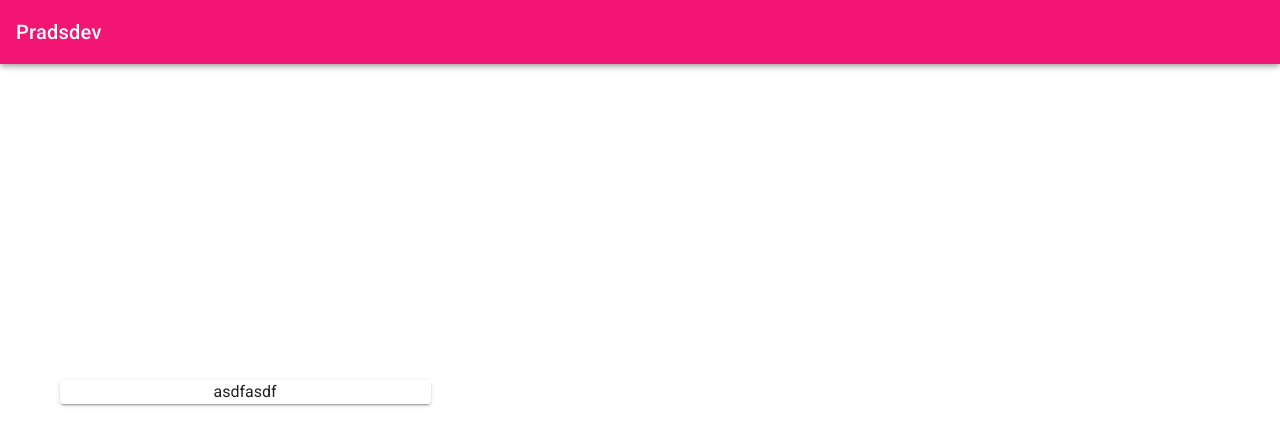
Repository: pradsdev/vue-form-validate
Page: /
The author's editor kept a copy of each file at every save. The page is drawn from the files as they stood at one save, then again after the next save.
The browser window is 1280 px wide. The pictures show the whole page.
The project was rebuilt for these pictures with package versions that can differ from the ones it lists, and the page was loaded fresh each time. Also part of the build but not shown: vue.config.js.

Above is the page before, as saved 2020-12-21 22:45:58.

After the next save:
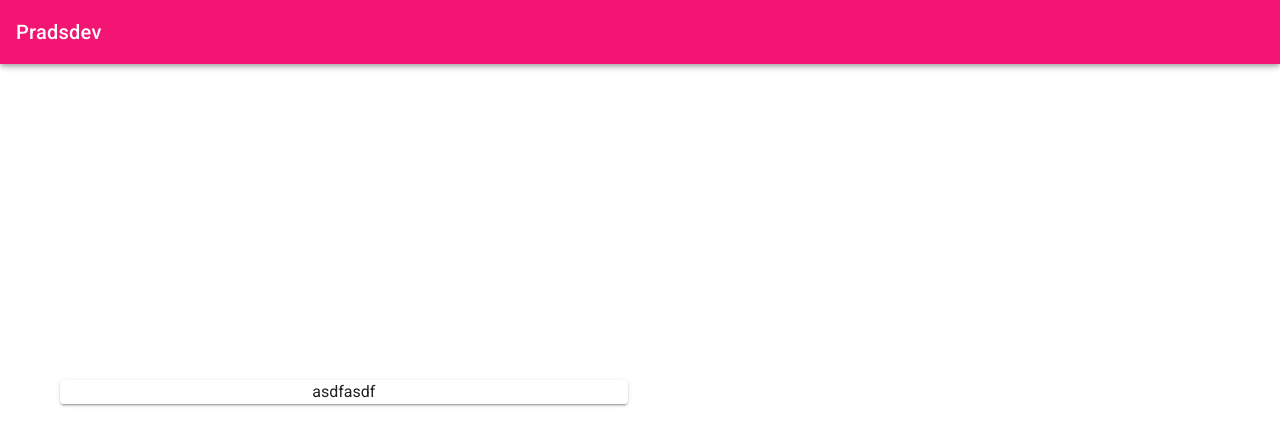
Saved 6 s later.
--- a/src/components/HelloWorld.vue
+++ b/src/components/HelloWorld.vue
@@ -1,7 +1,7 @@
 <template>
   <v-container fill-height>
     <v-row class="text-center">
-      <v-col cols="4">
+      <v-col cols="6">
         <v-card>
           asdfasdf
         </v-card>
